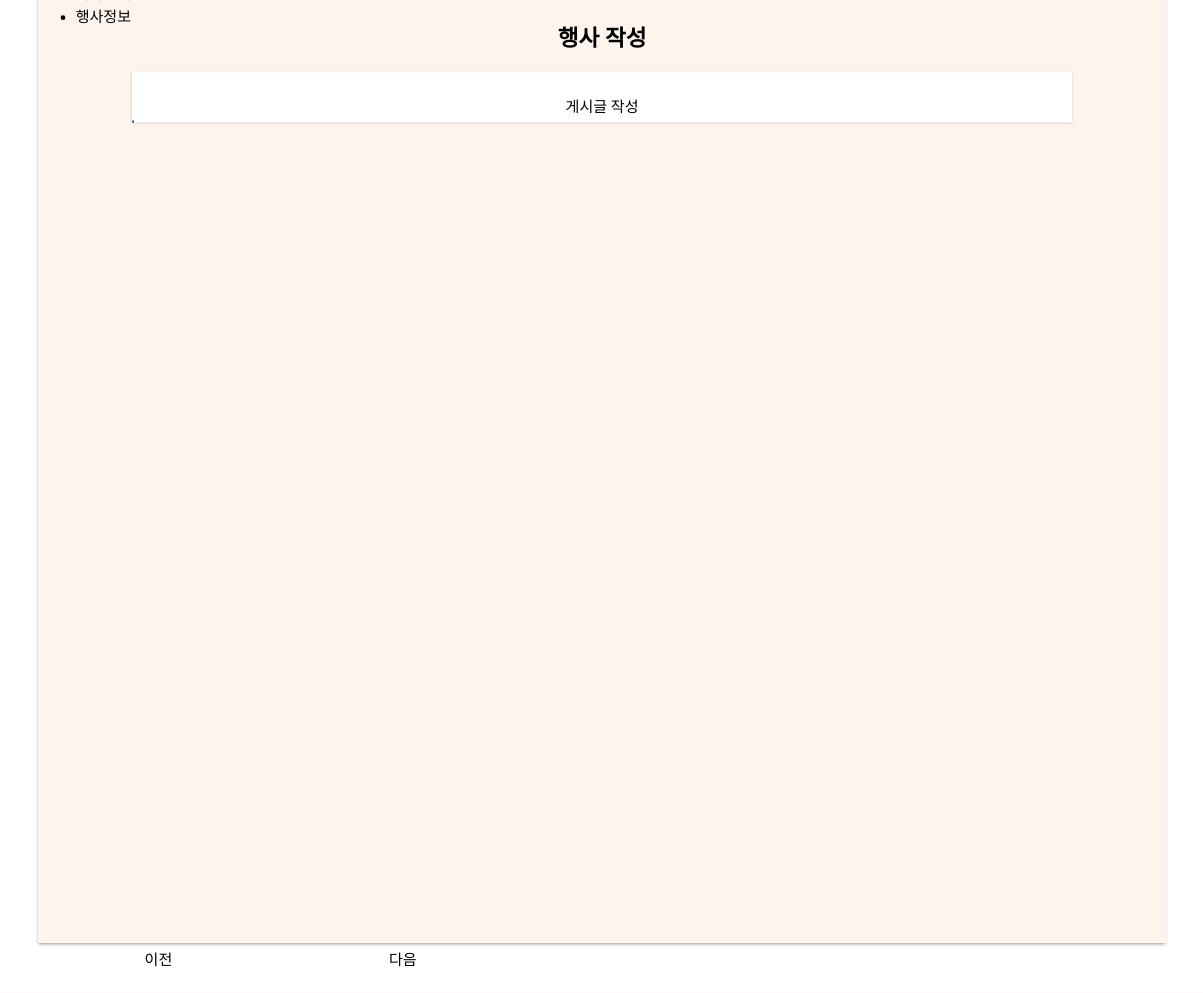
Repository: Changgyu1/Chang_Gu
Page: http://localhost/Project/EventPostingServlet
An editor plug-in stored every save of this project. The page is shown before and after the next save, followed by the edit.
The browser window is 1280 px wide. The pictures show the whole page, at 94% of full size.
Some web fonts or font styles are not loaded; a fallback is used. The page is served by Tomcat 9. Queries for data that is not in the repository find no rows.

Above is the page before, as saved 2023-11-13 15:26:43.

After the next save:
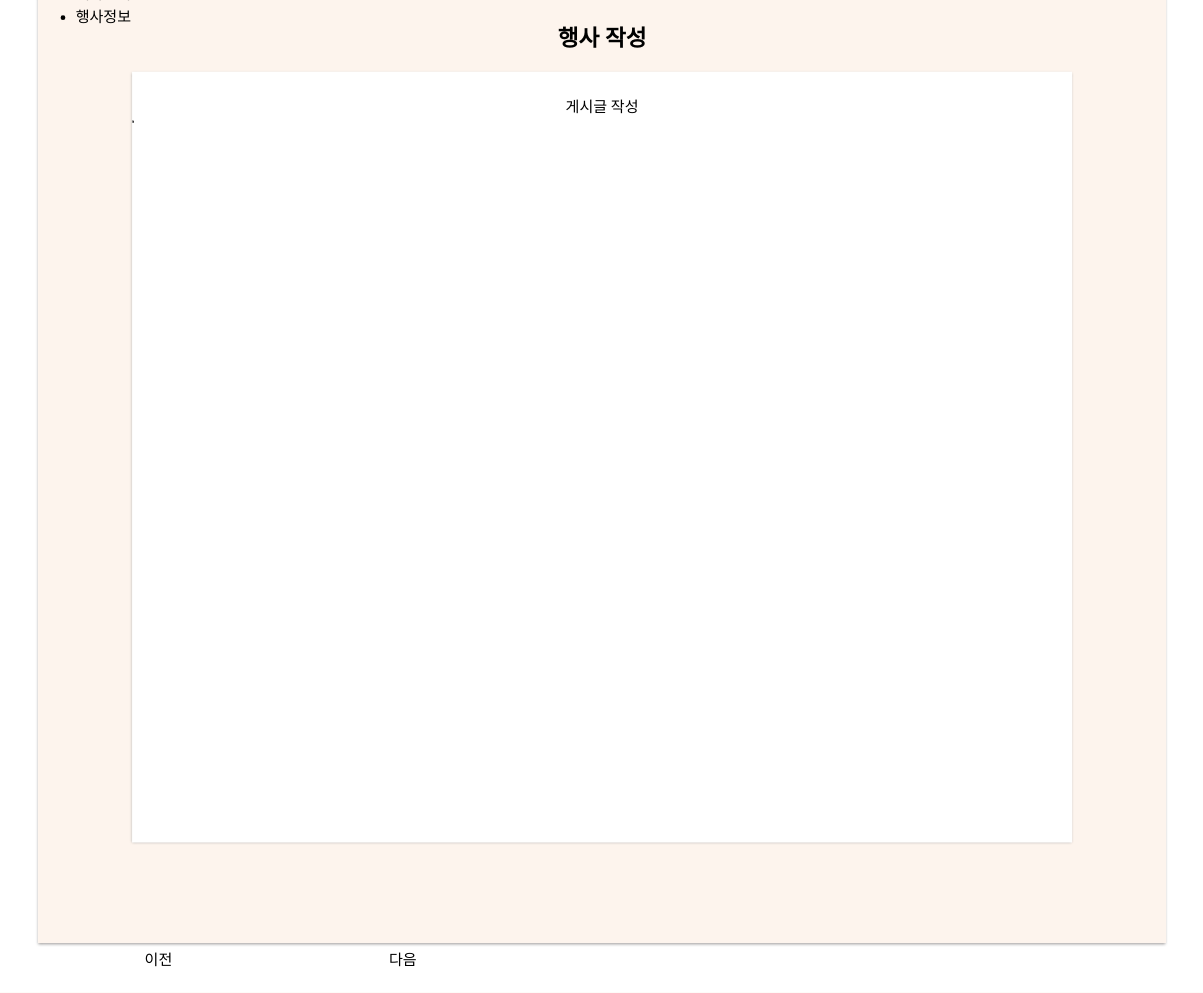
Saved 10 s later.
--- a/Project/src/main/webapp/css/event.css
+++ b/Project/src/main/webapp/css/event.css
@@ -76,7 +76,7 @@
 
     	padding-top:20px;
     	max-width: 1000px;
-    	max-height: 800px;
+    	height: 800px;
         margin-left:auto;
         margin-right:auto;
         background-color: #ffffff;
